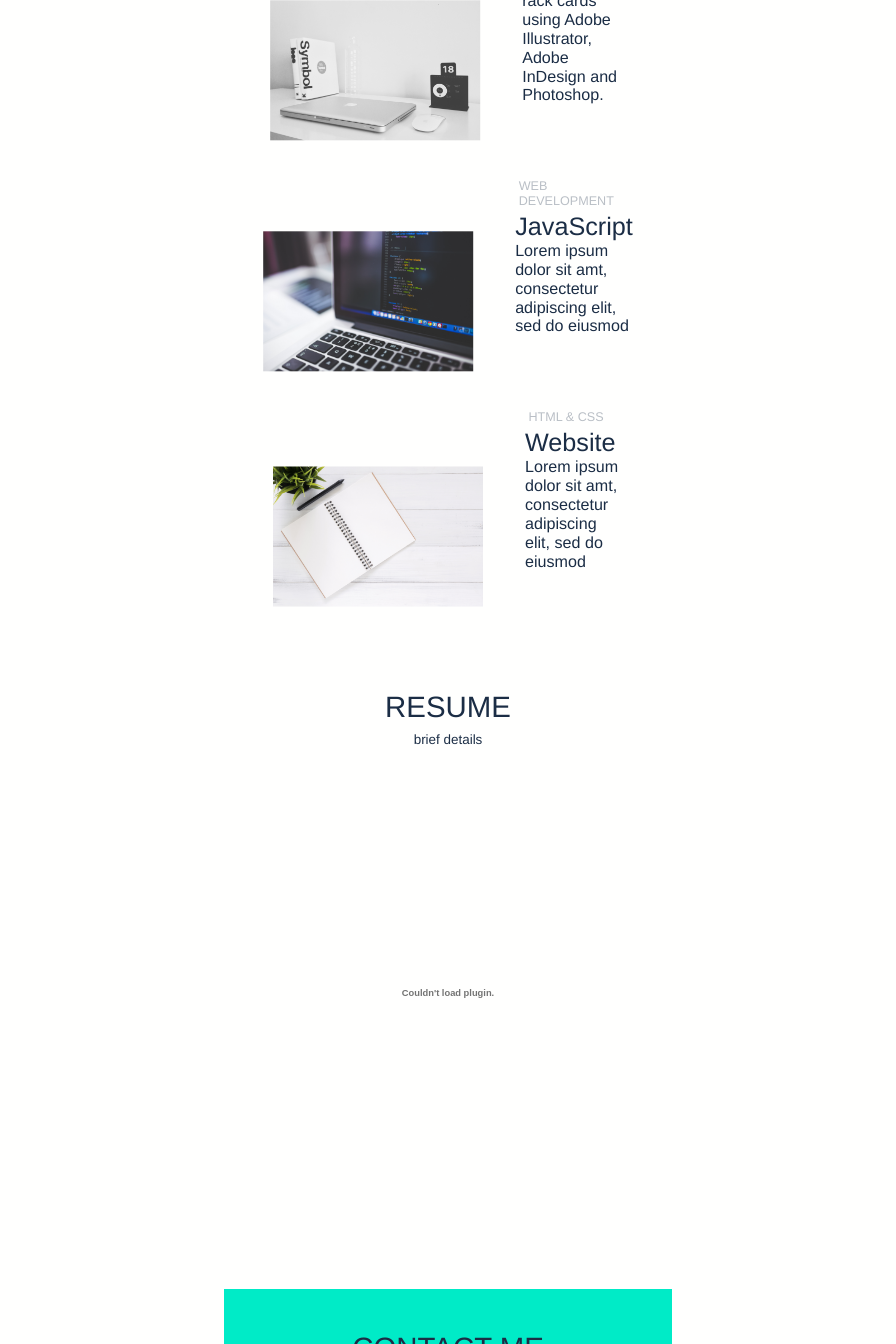
Repository: jb150524/JB-Portfolio
Page: index.html
An editor plug-in stored every save of this project. The page is shown before and after the next save, followed by the edit.
The browser window is 1280 px wide. The pictures show the part of the page from y = 2569 to 4489 px (the page is 4879 px tall before and 4838 px after), at 70% of full size.
Some icons come from a web library that is not loaded, so they are not drawn.

Above is the page before, as saved 2021-07-24 22:55:41.

After the next save:
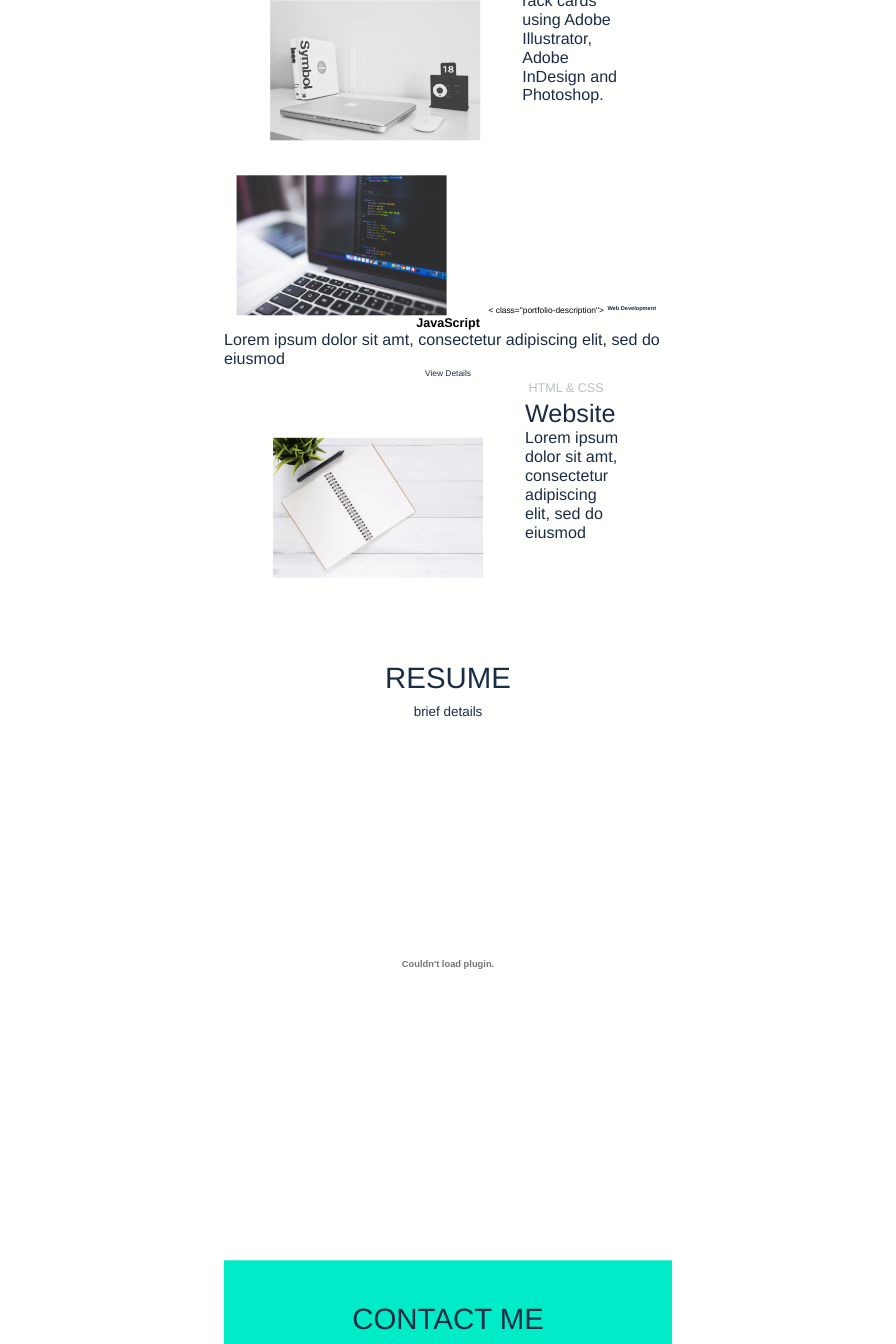
Saved 3 days later.
--- a/index.html
+++ b/index.html
@@ -38,30 +38,30 @@
 
     <section class="about" id="about">
       <div class="container">
-        <a class="about-details">
+          <a class="about-details">
         <div class="about-heading">
-        <h1>About</h1>
-        <h6>Myself</h6>
-      </div>
+          <h1>About</h1>
+          <h6>Myself</h6>
+        </div>
         <p>
         I'm a Graphic Designer trying to become a full stack developer. I am from Guadalajara, Mexico. I was born in Mexico, but at a young age I moved to the USA. One of my favorite hobbies is playing competative soccer. Playing soccer has taught me perseverance, how to be a team player, and most importantly how to lose. I currently live in Wayne, Pennsylvania, but have previously lived in Guadalajara, Mexico and Orange County, California. I want to become a web developer because I want to learn a skill that motivates me and pushes me to try new things. I am excited about web developing and want a career that gives me a spark, like I get when I play soccer, with competitiveness, passion, and the belief that I can succeed.
         </p>
-        </a>
-        </div>
-        </section>
-        <a class="about-details">
-          <section class="experience" id="experience">
+          </a>
+      </div>
+    </section>
+      <a class="about-details">
+        <section class="experience" id="experience">
             <div class="container">
-                <div class="section-heading">
+              <div class="section-heading">
                 <h1>Experience</h1>
                 <h6>What I can do for you</h6>
-            </div>
+              </div>
         <div class="my-skills">
           <div class="skills" ="">
            <div class="icon-container">
             <i class="fas fa-code"></i>
           </div>
-          <h1>Graphic Designer</h1>
+            <h1>Graphic Designer</h1>
             <p>
             I'm a Graphic Designer with 2 years of experience working in the advertising industry. Possesses a high degree of competence using programs such as Adobe Photoshop, InDesign, and HTML & CSS.
             </p>
@@ -69,20 +69,20 @@
 
         <div class="skills">
           <div class="icon-container">
-          <i class="fas fa.codse"></i>
+            <i class="fas fa.codse"></i>
           </div>
-          <h1>Web Development</h1>
-          <p>
-          Learning to become a Web developer and to sharpen my skills. I have a great understanding in Javascript and HTML & CSS.
-          </p>
+            <h1>Web Development</h1>
+            <p>
+            Learning to become a Web developer and to sharpen my skills. I have a great understanding in Javascript and HTML & CSS.
+            </p>
+          </div>
         </div>
         </div>
-        </div>
-        </section>
-        </a>
-        <section class="portfolio" id="portfolio"><a class="about-details">
-          </a>
-          <div class="container"><a class="about-details">
+      </section>
+    </a>
+
+      <section class="portfolio" id="portfolio"><a class="about-details"></a>
+        <div class="container"><a class="about-details">
           <div class="section-heading">
            <h1>Portfolio</h1>
            <h6>View my recent work</h6>
@@ -106,13 +106,14 @@
           <div class="portfolio-img has-margin-right">
             <img src="images/laptop.jpg" alt="">
             </div>
-            <div class="portfolio-description">
+            < class="portfolio-description">
             <h6>Web Development</h6>
             <h1>JavaScript</h1>
             <p>
             Lorem ipsum dolor sit amt, consectetur adipiscing elit, sed do eiusmod
             </p>
             <a href="file:///Users/jja/FullStack_HW/juanwebsite/index.html#" class="cta"> View Details</a>
+            </a>
             </div>
         </div>
         <div>
